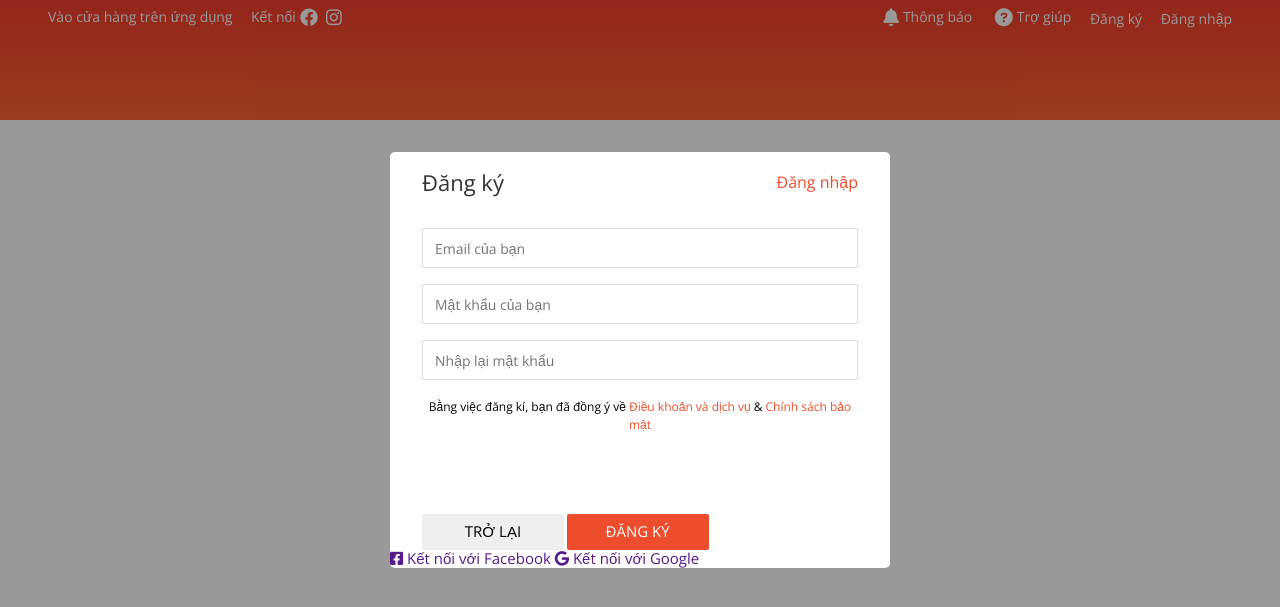
Repository: trongtamdev/Clone-Shopee-Page
Page: index.html
These files come from the project's save history. The page is drawn as it stood at one moment and after the next save; the edit follows.
The browser window is 1280 px wide. The pictures show the whole page.

Above is the page before, as saved 2022-07-08 21:46:22.

### index.html
<!DOCTYPE html>
<html lang="en">

<head>
    <meta charset="UTF-8">
    <meta http-equiv="X-UA-Compatible" content="IE=edge">
    <meta name="viewport" content="width=device-width, initial-scale=1.0">
    <title>Document</title>
    <link rel="stylesheet" href="https://cdnjs.cloudflare.com/ajax/libs/normalize/8.0.1/normalize.min.css">
    <link rel="stylesheet" href="assets/css/base.css">
    <link rel="stylesheet" href="assets/css/main.css">
    <link rel="stylesheet" href="assets/fonts/fontawesome-free-6.1.1/css/all.min.css">
    <link href="https://fonts.googleapis.com/css2?family=Open+Sans:wght@300;400;500;700&display=swap" rel="stylesheet">
</head>
    <div class="app">
        <header class="header">
            <div class="grid">
                <nav class="header__navbar">
                    <ul class="header__navbar-list">
                        <li class="header__navbar-item header__navbar-item--has-qr">
                            Vào cửa hàng trên ứng dụng
                            <div class="header__qr">
                                <img src="assets/img/qr_code.png" alt="QR code" class="header__qr-img">
                                <div class="header__qr-apps">
                                    <a href="" class="header__qr-link">
                                        <img src="assets/img/google_play.png" alt="Google play" class="header__qr-download-img">
                                    </a>
                                    <a href="" class="header__qr-link">
                                        <img src="assets/img/app_store.png" alt="App store" class="header__qr-download-img">
                                    </a>
                                </div>
                            </div>
                        </li>
                        <li class="header__navbar-item">
                            <span class="header__navbar-title--no-pointer">Kết nối</span>
                            <a href="" class="header__navbar-icon-link">
                                <i class="header__navbar-icon fa-brands fa-facebook"></i>
                            </a>
                            <a href="" class="header__navbar-icon-link">
                                <i class="header__navbar-icon fa-brands fa-instagram"></i>
                            </a>
                        </li>
                    </ul>

                    <ul class="header__navbar-list">
                        <li class="header__navbar-item">
                            <a href="" class="header__navbar-item-link">
                                <i class="header__navbar-icon fa-solid fa-bell"></i>
                                Thông báo</a>
                        </li>

                        <li class="header__navbar-item">
                            <a href="" class="header__navbar-item-link">
                                <i class="header__navbar-icon fa-solid fa-circle-question"></i>
                                Trợ giúp</a>
                        </li>

                        <li class="header__navbar-item header__navbar-item--strong">Đăng ký</li>
                        <li class="header__navbar-item header__navbar-item--strong">Đăng nhập</li>
                    </ul>
                </nav>
            </div>

        </header>

        <div class="container">

        </div>

        <footer class="footer">

        </footer>
    </div>
    <div class="modal">
        <div class="modal__overlay">

        </div>
        <div class="modal__body">

            <!-- Auth form -->
            <div class="auth-form">
                <div class="auth-form__container">
                    <div class="auth-form__header">
                        <h3 class="auth-form__heading">Đăng ký</h3>
                        <span class="auth-form__switch-btn">Đăng nhập</span>
                    </div>

                    <div class="auth-form__form">
                        <div class="auth-form__group">
                            <input type="text" class="auth-form__input" placeholder="Email của bạn">
                        </div>

                        <div class="auth-form__group">
                            <input type="password" class="auth-form__input" placeholder="Mật khẩu của bạn">
                        </div>

                        <div class="auth-form__group">
                            <input type="password" class="auth-form__input" placeholder="Nhập lại mật khẩu">
                        </div>
                    </div>

                    <div class="auth-form__aside">
                        <p class="auth-form__policy-text">
                            Bằng việc đăng kí, bạn đã đồng ý về
                            <a href="" class="auth-form__text-link">Điều khoản và dịch vụ</a> &
                            <a href="" class="auth-form__text-link">Chính sách bảo mật</a>
                        </p>
                    </div>

                    <div class="auth-form__controls">
                        <button class="btn">TRỞ LẠI</button>
                        <button class="btn btn--primary">ĐĂNG KÝ</button>
                    </div>
                </div>

                <div class="auth-form__socials">
                    <a href="" class="btn btn--with-icon">
                        <i class="fa-brands fa-facebook-square"></i>
                        Kết nối với Facebook
                    </a>

                    <a href="" class="btn btn--with-icon">
                        <i class="fa-brands fa-google"></i>
                        Kết nối với Google
                    </a>
                </div>
            </div>
        </div>
    </div>
<body>

</body>

</html>

### assets/css/base.css
:root {
    --white-color :#fff;
    --back-color :#000;
    --text-color : #333;
    --primary-color: #EE4D2D;
    --border-color: #dbdbdb;
}

*{
    box-sizing: inherit;
}

html {
    font-size: 62.5%;
    line-height: 1.6rem;
    font-family: 'Open Sans', sans-serif;;
    box-sizing: border-box;
}

.grid {
    width: 1200px;
    max-width: 100%;
    margin: 0 auto;
}

.grid__full-width {
    width: 100%;
}

.grid__row {
    display: flex;
    flex-wrap: wrap
}

/* Animation */
@keyframes fadeIn {
    from {
        opacity: 0;
    }to {
        opacity: 1;
    }
}

/* Modal */

.modal {
    position: fixed;
    top: 0;
    right: 0;
    bottom: 0;
    left: 0;
    display: flex;
}

.modal__overlay {
    position: absolute;
    width: 100%;
    height: 100%;
    background-color: rgba(0, 0, 0, 0.4);
}

.modal__body {

    background-color: var(--white-color);
    margin: auto;
    position: relative;
    z-index: 1;
    border-radius: 5px;
}

/* Button Style */
.btn {
    min-width: 142px;
    height: 36px;
    text-decoration: none;
    border: none;
    border-radius: 2px;
    font-size: 1.5rem;
    padding: 0;

}

.btn.btn--primary {
    color: var(--white-color);
    background-color: var(--primary-color);
}

### assets/css/main.css
.header {
    height: 120px;
    background-image: linear-gradient(0, #fe6433, #f53e2d);
}

.header__navbar {
    display: flex;
    justify-content: space-between;
}

.header__navbar-list {
    list-style: none;
    padding: 0;
    margin-top: 4px;
}

.header__navbar-item {
    margin: 0 8px;
    position: relative;
    min-height: 26px;
}

.header__navbar-item--has-qr:hover .header__qr {
    display: block;
}

.header__navbar-item,
.header__navbar-item-link{
    display: inline-block;
    font-size: 1.4rem;
    color :var(--white-color);
    text-decoration: none;
    font-weight: 300;
}

.header__navbar-item,
.header__navbar-item-link,
.header__navbar-icon-link {
    display: inline-flex;
    align-items: center;
}

.header__navbar-item:hover,
.header__navbar-item-link:hover,
.header__navbar-icon-link:hover{
    cursor: pointer;
    color: rgba(255, 255, 255, 0.7);
}

.header__navbar-item--strong {
    font-weight: 400;
}


.header__navbar-icon-link {
    color: var(--white-color);
    text-decoration: none;
}

.header__navbar-icon {
    font-size: 1.8rem;
    margin: 0 4px;
}

.header__navbar-title--no-pointer {
    color: var(--white-color);
    cursor: text;
}

/* Header QR code */

.header__qr {
    width: 186px;
    background-color: var(--white-color);
    position: absolute;
    left: 0;
    top: 118%;
    padding: 8px;
    border-radius: 2px;
    display: none;
    animation: fadeIn ease-in 0.5s;
}

.header__qr::before {
    position: absolute;
    left: 0;
    top: -16px;
    width: 100%;
    height: 20px;
    content: "";
    display: block;
}

.header__qr-img {
    width: 100%;
}

.header__qr-apps {
    display: flex;
}

.header__qr-link:nth-child(1) {
    margin-left: 11px;
}

.header__qr-link:nth-child(2) {
    margin-right: 11px;
}

.header__qr-download-img {
    height: 18px;
}


/* Authen Modal */

.auth-form {
    width: 500px;

}


.auth-form__container {
    padding: 0 32px;
}

.auth-form__header {
    display: flex;
    align-items: center;
    justify-content: space-between;
}

.auth-form__heading {
    font-size: 2.2rem;
    font-weight: 400;
    color: var(--text-color);
}

.auth-form__switch-btn {
    font-size: 1.6rem;
    font-weight: 400;
    color: var(--primary-color);
    cursor: pointer;
}

.auth-form__form {

}

.auth-form__input {
    width: 100%;
    height: 40px;
    margin-top: 16px;
    padding: 0 12px;
    font-size: 1.4rem;
    border: 1px solid var(--border-color);
    border-radius: 2px;
    outline: none;
}

.auth-form__input:focus {
    border-color: #777;
}

.auth-form__aside {
    margin-top: 18px;
}

.auth-form__policy-text {
    font-size: 1.2rem;
    line-height: 1.8rem;
    text-align: center;
    padding: 0 12pxs;
}

.auth-form__text-link {
    text-decoration: none;
    color: var(--primary-color);
}

.auth-form__controls {
    margin-top: 80px;
}

Loaded but not shown: assets/fonts/fontawesome-free-6.1.1/css/all.min.css (library)

After the next save:
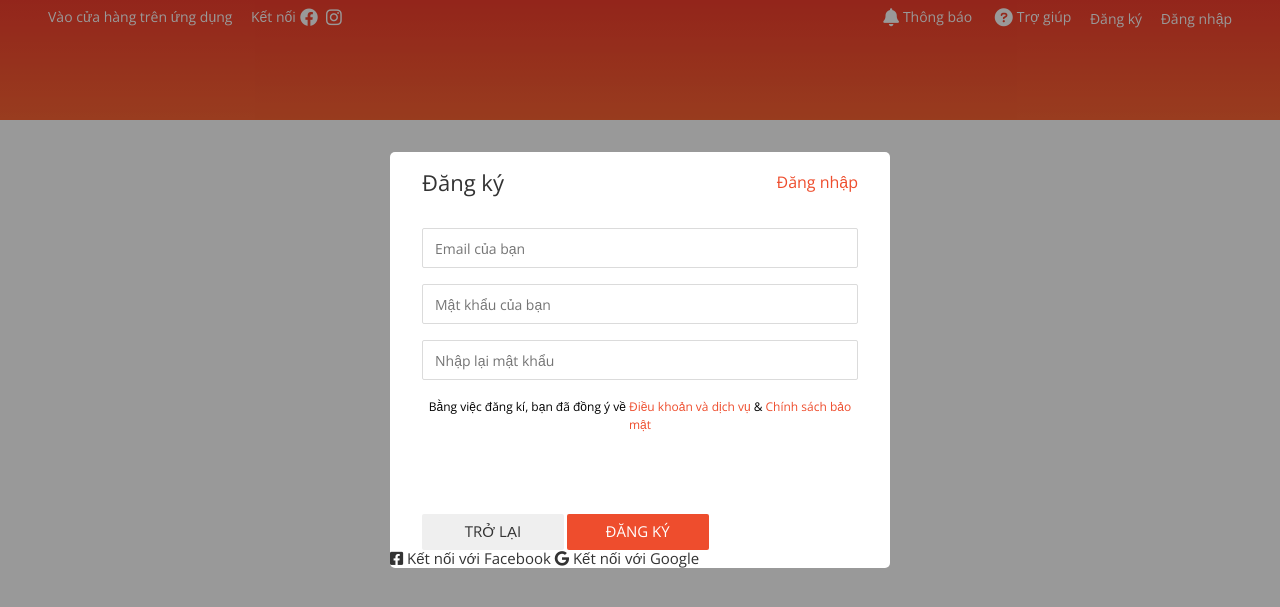
Saved 5 min 19 s later.
--- a/assets/css/base.css
+++ b/assets/css/base.css
@@ -77,10 +77,18 @@ html {
     border-radius: 2px;
     font-size: 1.5rem;
     padding: 0;
-
+    outline: none;
+    cursor: pointer;
+    color: var(--text-color);
 }
 
 .btn.btn--primary {
     color: var(--white-color);
     background-color: var(--primary-color);
 }
+
+.btn.btn--disabled {
+    color: #949494;
+    cursor: default;
+    background-color: #c3c3c3;
+}
